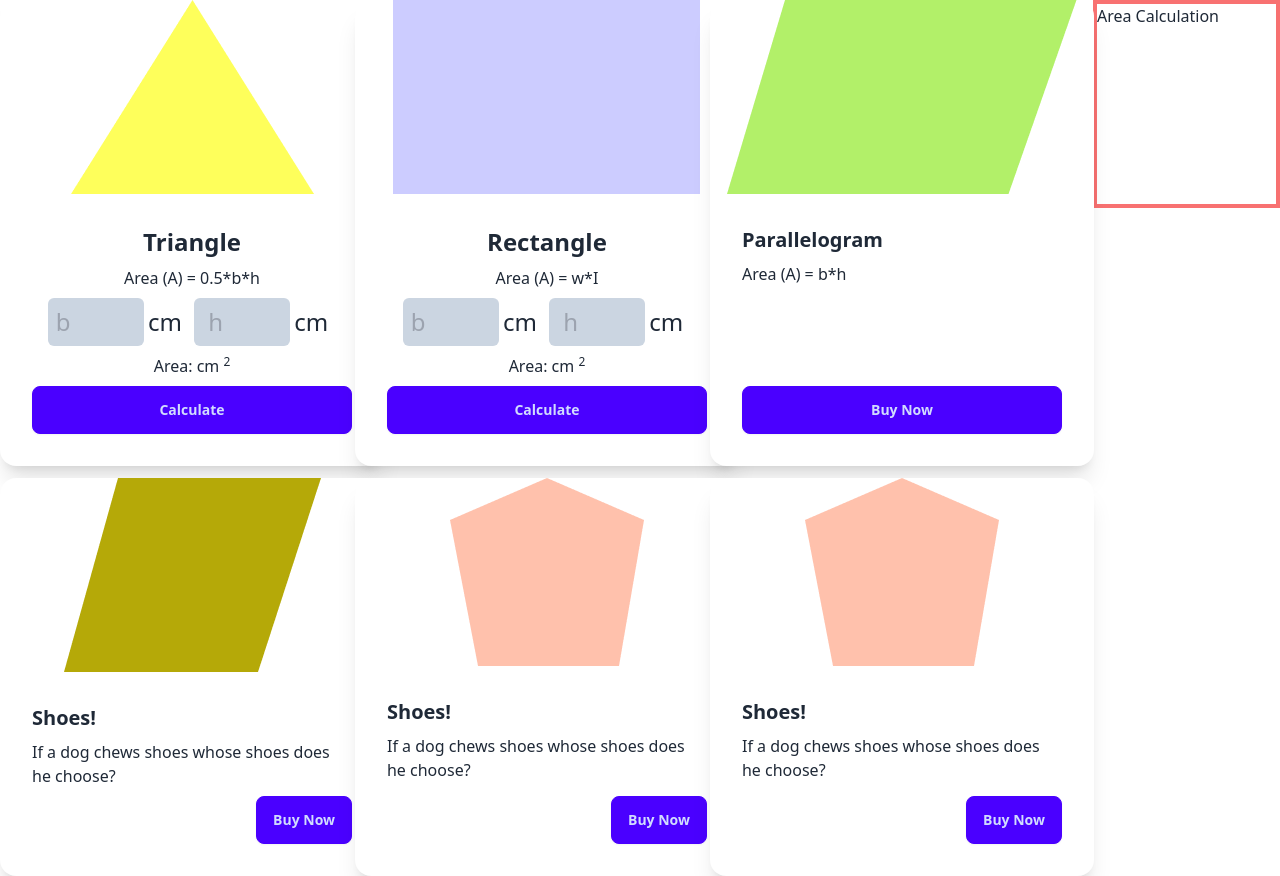
Repository: RudrasahaDibos/geometry
Page: index.html
These files come from the project's save history. The page is drawn as it stood at one moment and after the next save; the edit follows.
The browser window is 1280 px wide. The pictures show the whole page.
Some web libraries are served in a nearby version.

Above is the page before, as saved 2024-11-03 22:16:38.

After the next save:
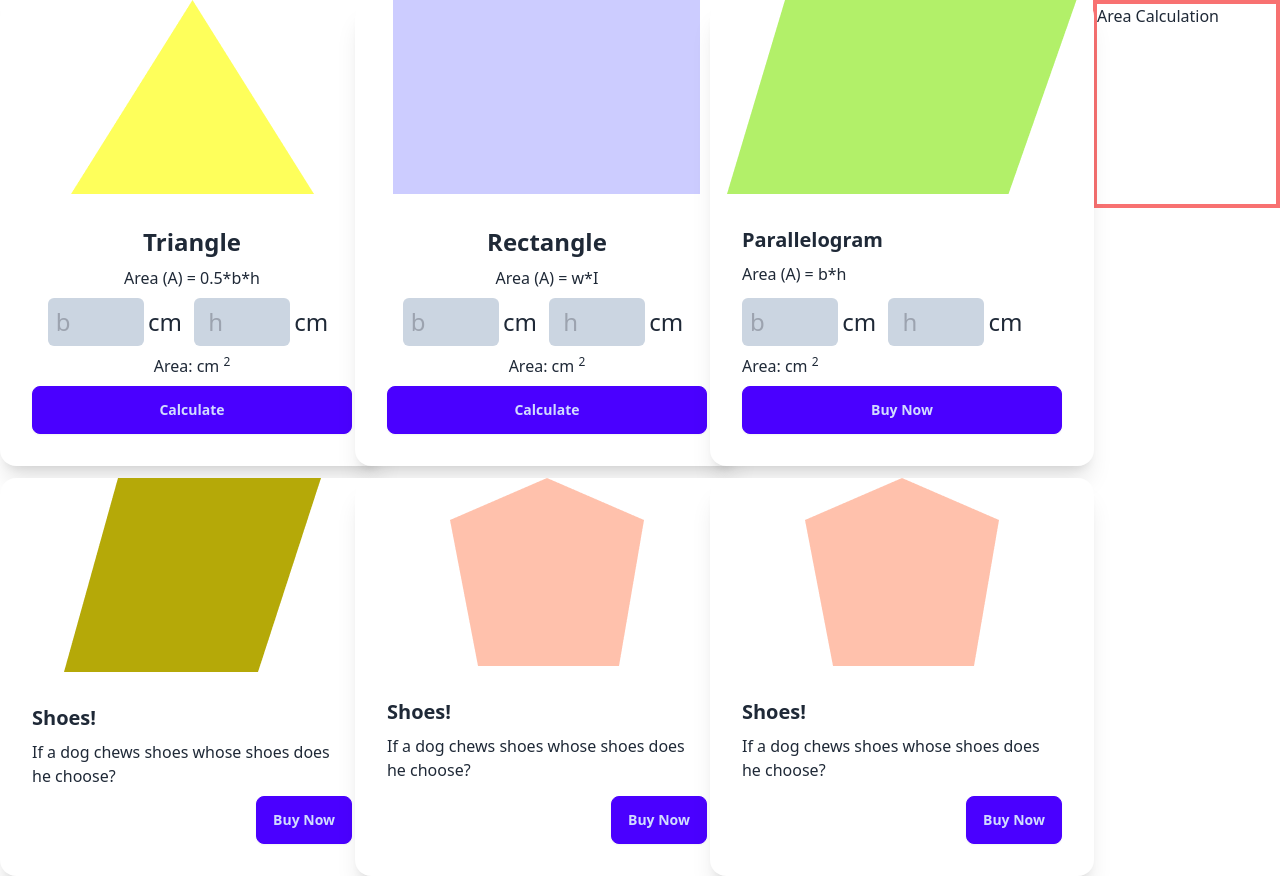
Saved 12 s later.
--- a/index.html
+++ b/index.html
@@ -87,7 +87,16 @@
                                 <div class="card-body">
                                   <h2 class="card-title">Parallelogram</h2>
                                   <p>Area (A) = b*h</p>
+                                  <div>
+                                    <input id="rectangle-width" class="w-24 text-2xl bg-slate-300 p-2 rounded-md" type="text" name="" id="" placeholder="b">
+                                    <span class="text-2xl mr-2">cm</span>
+                                    <input id="rectangle-length" class="w-24 text-2xl  bg-slate-300 p-2 rounded-md" type="text" name="" id="" placeholder=" h">
+                                    <span class="text-2xl mr-2">cm</span>
+                                   </div>
 
+                                   <div>
+                                    <p>Area: <span id="rectangle-area"></span> <span>cm <sup>2</sup></span></p>
+                                 </div>
                                   <div class="card-actions ">
                                     <button class="btn btn-primary w-full">Buy Now</button>
                                   </div>
